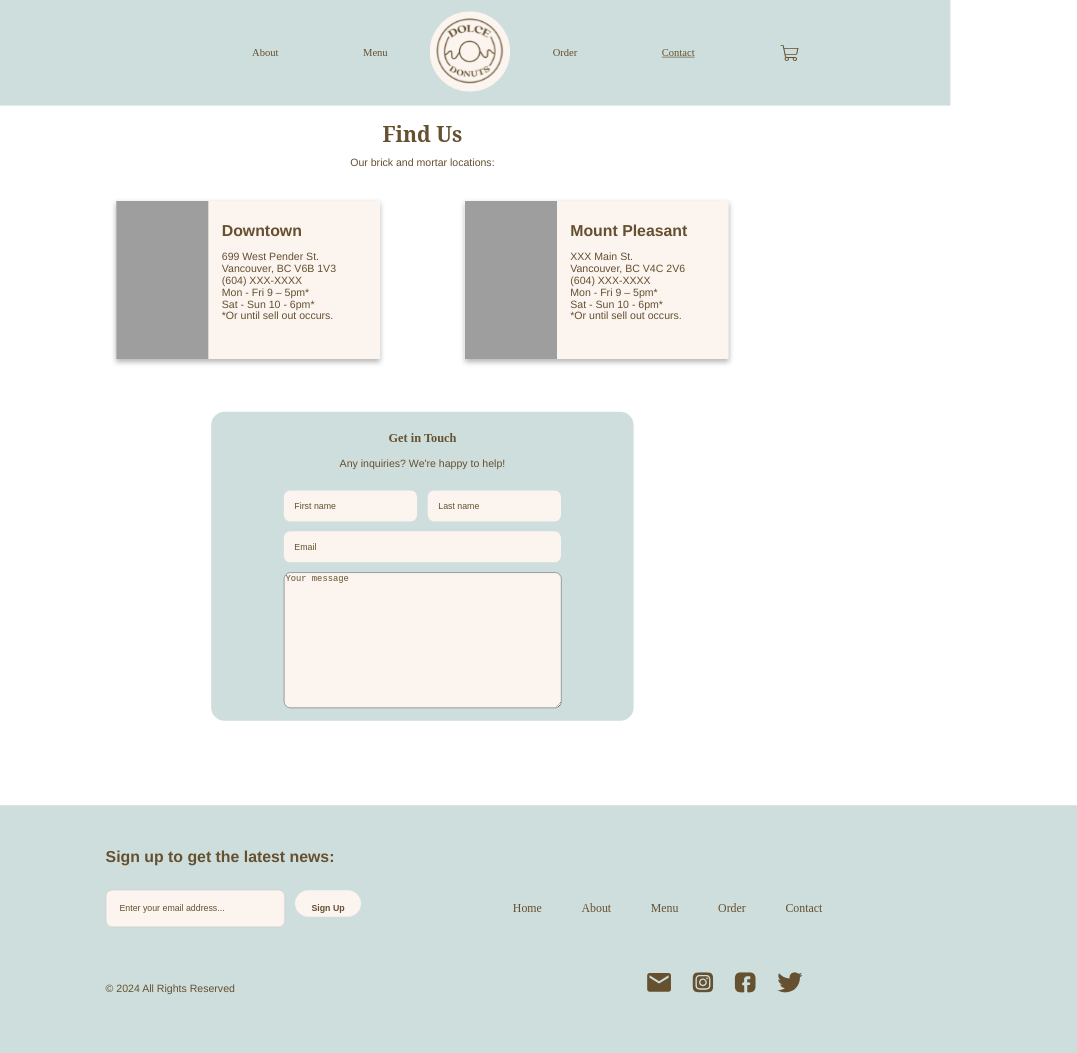
Repository: Crystalhtc/dolcedonuts
Page: /contact
These files come from the project's save history. The page is drawn as it stood at one moment and after a run of saves; the edit follows.
The browser window is 1280 px wide. The page is 1632 px wide, so the pictures cover 1632 px, including what lies to the right of the window. The pictures show the whole page, at 66% of full size.
Pictures or frames that could not be fetched are drawn as grey boxes. The project was rebuilt for these pictures with package versions that can differ from the ones it lists, and the page was loaded fresh each time. Also part of the build but not shown: vite.config.js, src/pages/Home.module.css, src/pages/Home.jsx, src/components/ProductCard/ProductCard.jsx, src/Data/products.js, src/pages/Order.css, src/pages/Menu.jsx, src/pages/Order.jsx and 13 more.

Above is the page before, as saved 2024-10-20 15:46:05.

After the next 4 saves:
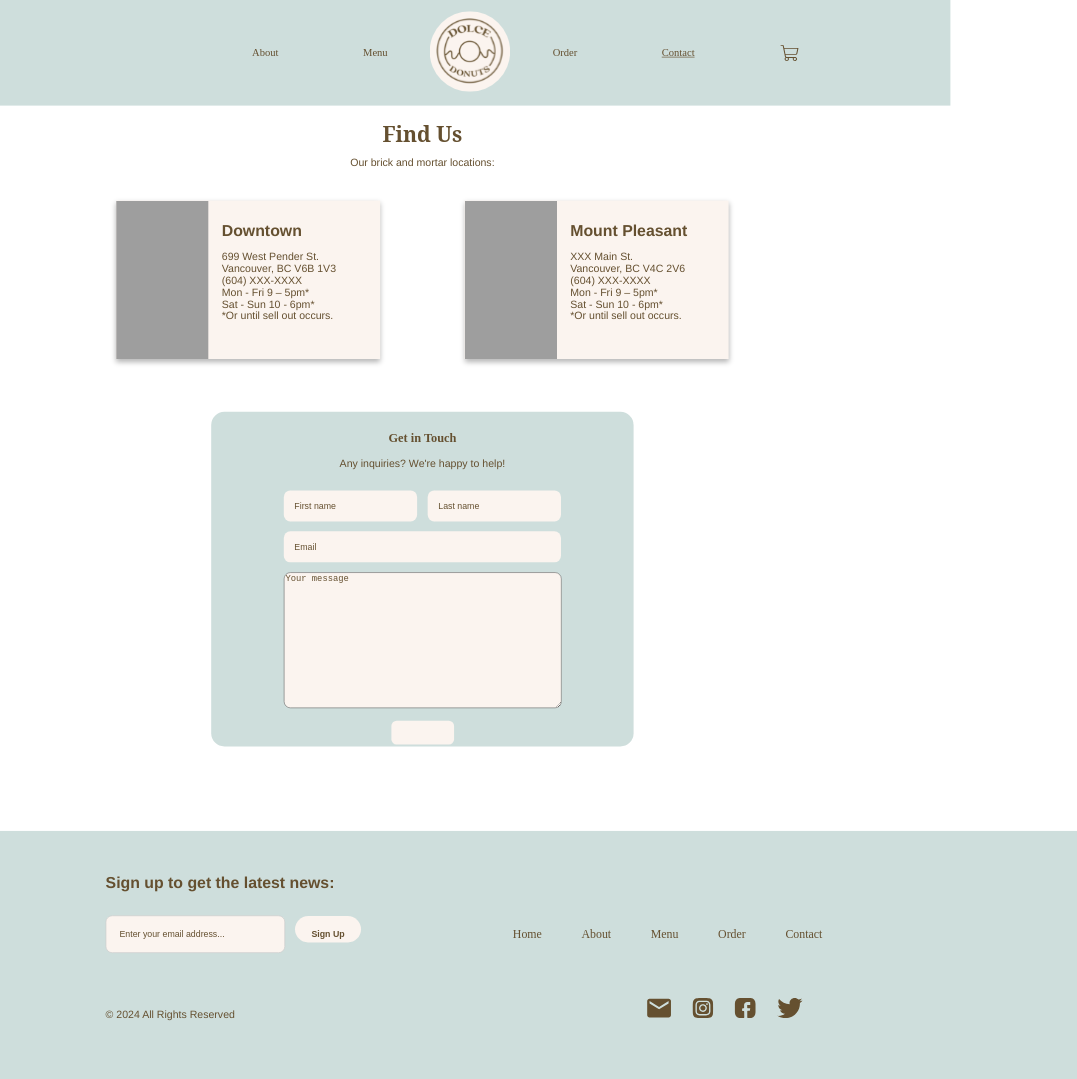
The 4 saves are shown as one change because 1 did not build or start and some came seconds apart.
The last was saved 68 s later.
--- a/src/components/ContactUsForm/ContactForm.jsx
+++ b/src/components/ContactUsForm/ContactForm.jsx
@@ -1,5 +1,6 @@
 import { useState } from "react";
 import styles from './ContactForm.module.css';
+import SubmitButton from "./SubmitButton";
 
 export default function Form() {
     const [firstName, setFirst] = useState('');
@@ -56,7 +57,7 @@ export default function Form() {
                             <textarea className={styles.messagePlaceholder} name="message" placeholder="Your message"></textarea>
                         </div>
                     </div>
-
+                    <SubmitButton/>
                 </form>
             )}
         </>
